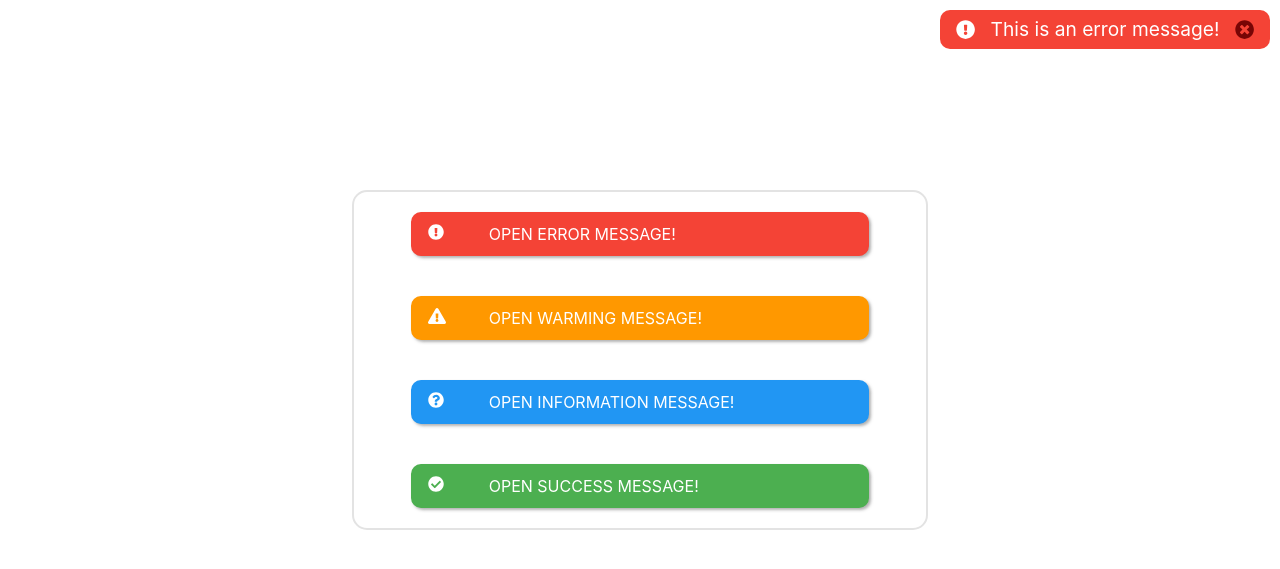
Repository: KrzysKolo/sr_tydzien5_zad2
Page: /, after clicking the first element matching `div.btn`
These files come from the project's save history. The page is drawn as it stood at one moment and after the next save; the edit follows.
The browser window is 1280 px wide. The pictures show the whole page.
The project was rebuilt for these pictures with package versions that can differ from the ones it lists, and the page was loaded fresh each time.

Above is the page before, as saved 2020-12-28 06:01:28.

After the next save:
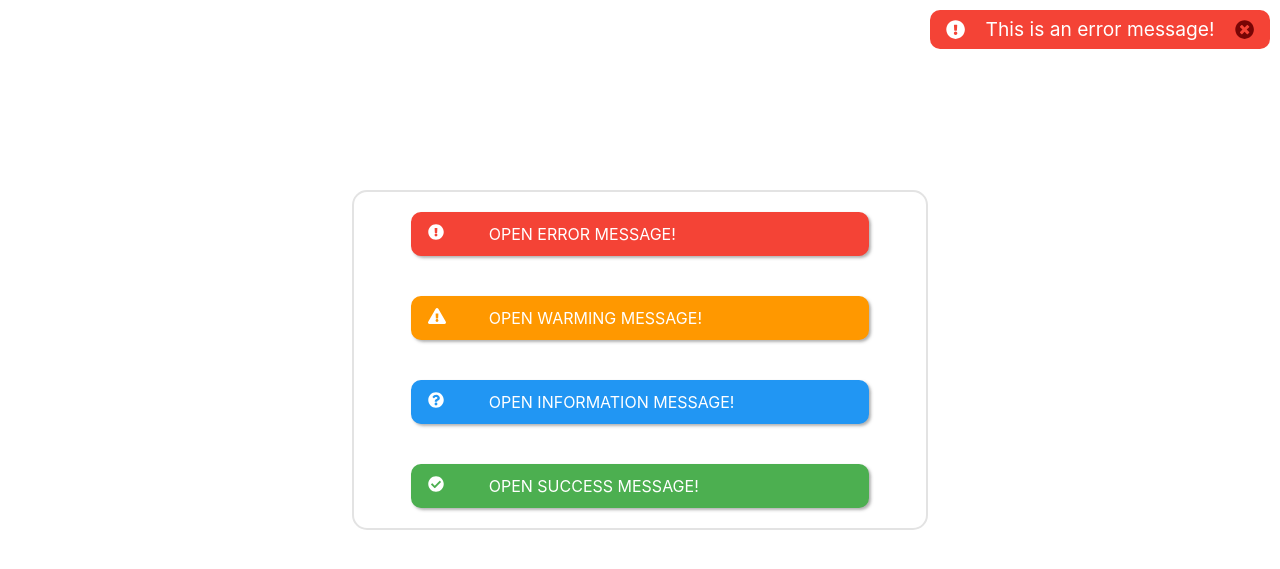
Saved 15 s later.
--- a/src/App.css
+++ b/src/App.css
@@ -37,7 +37,7 @@ body {
   padding: 10px 16px;
   border-radius: 10px;
   width: 20%;
-  min-width: 330px;
+  min-width: 340px;
   display: flex;
   flex-direction: row;
   justify-content: space-between;
